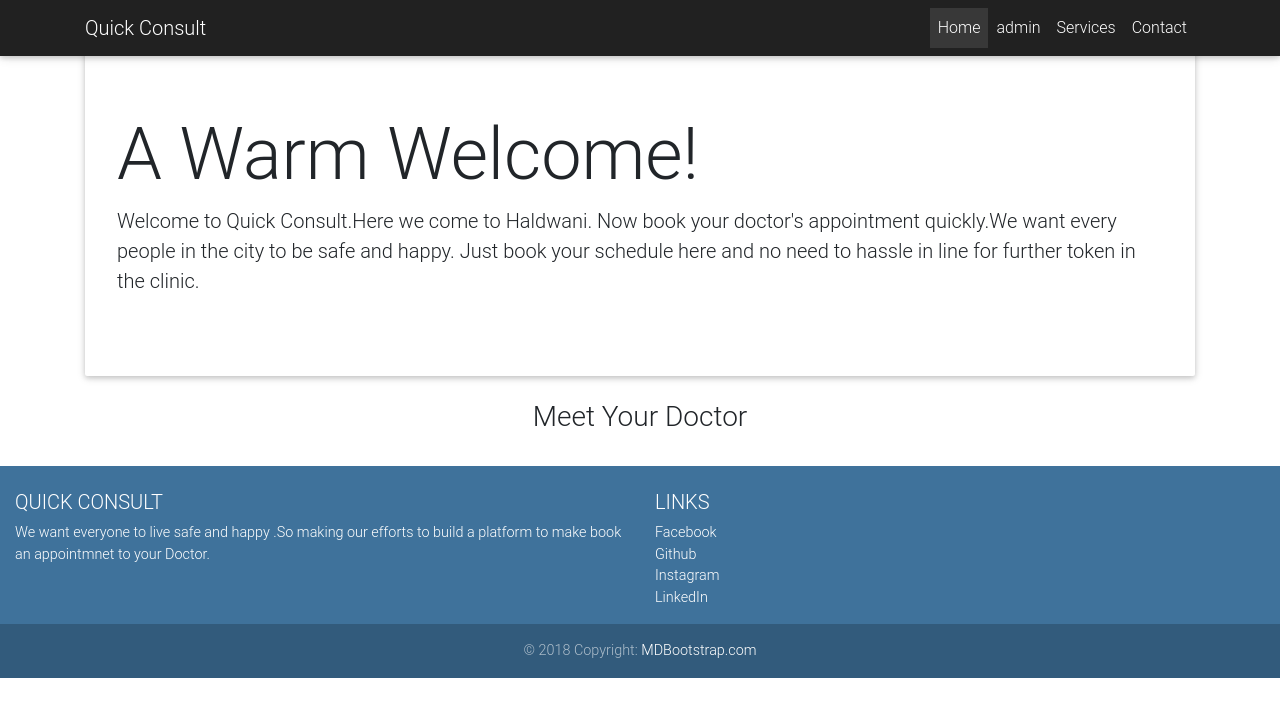
Repository: yogz-joshi/quick_consult
Page: http://localhost/
The author's editor kept a record of every edit. The page is drawn from the files as they stood at one moment, then again after the next edit.
The browser window is 1280 px wide. The pictures show the whole page.
Some web libraries are served in a nearby version. The page is served by the project's Node server (work/v2/app.js). Other server files are loaded and not shown. Queries for data that is not in the repository find no rows.

Above is the page before.

### work/v2/views/home.ejs
<% include partials/header%>
<div class="container">
    <header class="jumbotron my-4">
        <h1 class="display-3">A Warm Welcome!</h1>
        <p class="lead">Welcome to Quick Consult.Here we come to Haldwani. Now book your doctor's appointment quickly.We want every
        people in the city to be safe and happy. Just book your schedule here and no need to hassle in line for further token in the clinic.</p>
      <!--<div style="margin:0 0 auto" <a href="#" class="btn btn-primary btn-lg">Know more</a></div>-->
    </header>

    <div class="container">
    <div class="row text-center">
        <div class="col-lg-12">
           <h3>Meet Your Doctor</h3>
       </div>

     <%clinic.forEach(function(clinics){%>

        <div class="col-md-4 col-sm-6 mb-4">
              <div class="card" >
                <img class="card-img-top" style="height:10rem" src="https://www.onlinelogomaker.com/blog/wp-content/uploads/2017/07/medical-logo.jpg" alt="">
                    <div class="card-body">
                      <h4 class="card-title"><%=clinics.name%></h4>
                      <p class="card-text"><%=clinics.speciality%></p>
                      <p class="card-text">Opening/Closing Time</p>
                      <p class="card-text"><%=clinics.otime%>AM-<%=clinics.ctime%>PM</p>
                    </div>
                        <div class="card-footer">
                          <a class="btn btn-primary" href="/clinic/<%=clinics._id%>/new">Book Appointment</a>
                        </div>
                </div>
        </div>
        <% })%>
    </div>

</div>
</div>
<% include partials/footer%>

### work/v2/views/partials/header.ejs
<!DOCTYPE>
<html>
    <head>
        <title>
            Quick Consult
        </title>
               <link href="https://maxcdn.bootstrapcdn.com/bootstrap/4.0.0/css/bootstrap.min.css" rel="stylesheet">
                <!-- Font Awesome -->
                <link rel="stylesheet" href="https://maxcdn.bootstrapcdn.com/font-awesome/4.7.0/css/font-awesome.min.css">
                  <!-- Bootstrap core CSS -->
                <link href="https://cdnjs.cloudflare.com/ajax/libs/twitter-bootstrap/4.0.0/css/bootstrap.min.css" rel="stylesheet">
                <!-- Material Design Bootstrap -->
                <link href="https://cdnjs.cloudflare.com/ajax/libs/mdbootstrap/4.5.0/css/mdb.min.css" rel="stylesheet">
                <meta name="viewport" content="width=device-width, initial-scale=1, maximum-scale=1, user-scalable=no">
                <meta http-equiv="x-ua-compatible" content="ie=edge">

    </head>
    <body>


     Navigation
    <nav class="navbar  navbar-expand-sm navbar-dark bg-dark fixed-top">
      <div class="container">
        <a class="navbar-brand" href="/">Quick Consult</a>
        <button class="navbar-toggler" type="button" data-toggle="collapse" data-target="#navbarResponsive" aria-controls="navbarResponsive" aria-expanded="false" aria-label="Toggle navigation">
          <span class="navbar-toggler-icon"></span>
        </button>
        <div class="collapse navbar-collapse" id="navbarResponsive">
          <ul class="navbar-nav ml-auto">
            <li class="nav-item active">
              <a [routerLink]="['/']" class="nav-link" href="/">Home
                <span class="sr-only">(current)</span>
              </a>
            </li>
            <li class="nav-item">
              <a [routerLink]="['/clinic']" class="nav-link" href="/clinic">admin</a>
            </li>
            <li class="nav-item">
              <a [routerLink]="['#']" class="nav-link" href="#">Services</a>
            </li>
            <li class="nav-item">
              <a [routerLink]="['#']"class="nav-link" href="#">Contact</a>
            </li>
          </ul>
        </div>
      </div>
    </nav>

### work/v2/views/partials/footer.ejs

<!--Footer-->
<footer class="page-footer font-small unique-color pt-4 mt-4">

    <!--Footer Links-->
    <div class="container-fluid text-center text-md-left">
        <div class="row">

            <!--First column-->
            <div class="col-md-6">
                <h5 class="text-uppercase">QUICK CONSULT</h5>
                <p>We want everyone to live safe and happy .So making our efforts to build a platform to make book an appointmnet to your Doctor.</p>
            </div>
            <!--/.First column-->

            <!--Second column-->
            <div class="col-md-6">
                <h5 class="text-uppercase">Links</h5>
                <ul class="list-unstyled">
                    <li>
                        <a href="https://www.facebook.com/yogeshjoshi">Facebook</a>
                    </li>
                    <li>
                        <a href="#!">Github</a>
                    </li>
                    <li>
                        <a href="#!">Instagram</a>
                    </li>
                    <li>
                        <a href="#!">LinkedIn</a>
                    </li>
                </ul>
            </div>
            <!--/.Second column-->
        </div>
    </div>
    <!--/.Footer Links-->

    <!--Copyright-->
    <div class="footer-copyright py-3 text-center">
        © 2018 Copyright:
        <a href="https://mdbootstrap.com/material-design-for-bootstrap/"> MDBootstrap.com </a>
    </div>
    <!--/.Copyright-->

</footer>
<!--/.Footer-->

### work/v2/app.js
var express=require("express");
var app= express();
var mongoose=require("mongoose");
var methodOverride=require("method-override");
var bodyParser=require("body-parser");
var passport=require("passport");
var users=require("./models/usersM");
var clinic=require("./models/clinicM");
var admin=require("./models/adminM");
var localStrategy=require("passport-local");
var passpoprtLocalMongoose=require("passport-local-mongoose");
mongoose.connect("mongodb://localhost/all_clinics");

//var seedDB=require("./seed");
//seedDB();
app.use(require("express-session")({
    secret:"kitty is the best dog",
    resave:false,
    saveUninitialized:false
}));


app.use(bodyParser.urlencoded({extended:true}));
app.use(methodOverride("_method"));
app.use(passport.initialize());
app.use(passport.session());

passport.use(new localStrategy(admin.authenticate()));
passport.serializeUser(admin.serializeUser());
passport.deserializeUser(admin.deserializeUser());



app.set("view engine","ejs");
app.use(express.static("public"));//to use custom style sheets from public folder.
app.use(bodyParser.urlencoded({entended:true}));

// *************************************************************************************************************8
//adding clinics using form(Only Render for admin login)
app.get("/clinic",isLoggedIn,function(req,res){
    clinic.find({},function(err,allClinic){
        if(err){
            console.log(err);
        }
        else
        {
            res.render("clinic",{clinic:allClinic});
        }

    });
});

app.post("/clinic",function(req,res){
    var name= req.body.cname;
    var sp=req.body.special;
    var open=req.body.openAt;
    var close=req.body.closeAt;
     var lhrs=req.body.lunchHrs;
      var lstarts=req.body.lunchAt;
       var lovers=req.body.lunchOverAt;
       var closed=0;
    var newClinic={name:name,speciality:sp,otime:open,ctime:close,lunch_hrs:lhrs,lunch_at:lstarts,lunch_over:lovers,date_close:closed};
    clinic.create(newClinic,function(err,clinics)
    {
        if(err){
            console.log(err);

        }else
        {   req.flash("info", "Flash is back!");
            res.redirect("/clinic/new");
        }
    });
});
app.get("/clinic/new",isLoggedIn,function(req, res) {
    res.render("form1");

});
// **********************************************************************************************
// Home Page viewed to the User

app.get("/",function(req,res){
    clinic.find({},function(err,allClinic){
        if(err){
            console.log(err);
        }
        else
        {
            res.render("home",{clinic:allClinic});
        }

    });
});
// ******************************************************************************************
// deleting clinic
app.delete("/clinic/:id",function(req,res){
    clinic.findByIdAndRemove(req.params.id,function(err){
        if(err)
        {
            console.log(err);

        }else
        {
            res.redirect("/clinic");
        }
    });
});



//  ******************************************************************************************************
//  making appointmnet


 app.post("/clinic/:id",function(req,res){
     clinic.findById(req.params.id,function(err,allclinics){
         if(err){
             res.redirect("clinic");
         }else{
             console.log(req.body.users.date);
             console.log(allclinics.date_close);
             var a=Date.parse(req.body.users.date);
             var b=Date.parse(allclinics.date_close);
             if(a === b){
                //  req.flash("err","The Clinic is Closed today.Plaese book tommorow!!");
                  res.redirect("/clinic/"+req.params.id+"/new");

             }else{

                    users.create(req.body.users,function(err,allusers){
                    if(err){
                     console.log("err");
                    }else{
                     allclinics.users.push(allusers);
                     allclinics.save();
                    //req.flash("success","Appointment Sucessful.SMS is sent toyour mobile number");
                     res.redirect("/");
                 }

             });

             }
         }
     });
 });

 app.get("/clinic/:id/new",function(req,res){
    clinic.findById(req.params.id,function (err,allClinic) {
        if(err){
            console.log(err);
        }else{
            res.render("form2",{clinics:allClinic});
        }

    });


});
// ************************************ ************************************* *************************************
app.post("/clinic/:id/record",function(req,res){
    clinic.findById(req.params.id).populate({path:'users',match :{$and: [{date : req.body.search},{time : req.body.timesearch}]}, options:{ sort:{time :1}} }).exec(function(err,allclinic){
        if(err){
            console.log(err);
        }else{
           // console.log(allclinic);
            res.render("user_record",{clinic:allclinic});
        }
    });
});
// ****************************************************************************************************************
//View user record and update clinic close date..(Only for Admin Account)


app.get("/clinic/:id/record",function(req,res){
    clinic.findById(req.params.id).populate({path:'users',options:{ sort:{date : 1}}}).exec(function(err,allclinic){
        if(err){
            console.log(err);
        }else{
           // console.log(allclinic);
            res.render("user_record",{clinic:allclinic});
        }
    });
});
app.get("/clinic/:id/update",isLoggedIn,function(req,res){
     clinic.findById(req.params.id,function (err,allClinic) {
        if(err){
            console.log(err);
        }else{
            res.render("UpdateDate",{clinics:allClinic});
        }

    });
});
// to update the closed clinic date
app.put("/clinic/:id/update",function(req,res){


    clinic.findByIdAndUpdate(req.params.id,req.body.clinic,function(err,allclinic){
        if(err){
            console.log(err);
        }else{
            res.redirect("/clinic");
        }
    });
});
// ********************************************************************************************
// REGISTER ADMIN ROUTE
// app.get("/register",function(req,res){
//     res.render("signin");
// });

// app.post("/register",function(req,res){
//     admin.register(new admin({username:req.body.username}),req.body.password,function(err,admin){
//         if(err){
//             console.log(err);
//             return res.render('signin');
//         }
//         else{
//             passport.authenticate("local")(req,res,function(){
//                 res.redirect("/clinic");
//             });
//         }
//     });
// });
// ************************************************************************************************
// LOGIN ROUTES
app.get("/login",function(req,res){
    res.render("login");
});
//middleware
app.post("/login",passport.authenticate("local",{
    successRedirect:"/clinic",
    failureRedirect:"/login"
}),function(req,res){

});
// LOGOUT ROUTE
app.get("/logout",function(req,res){
    req.logout();
    res.redirect("/login");
});
// Middleware for checking the active session/authentication
function isLoggedIn(req,res,next){
    if(req.isAuthenticated()){
        return next();
    }
    res.redirect("/login");
}
// **************************************************************************************************

// Running the Server
app.listen(process.env.PORT,process.env.IP,function(){
    console.log("Server Started");
});

After the next edit:
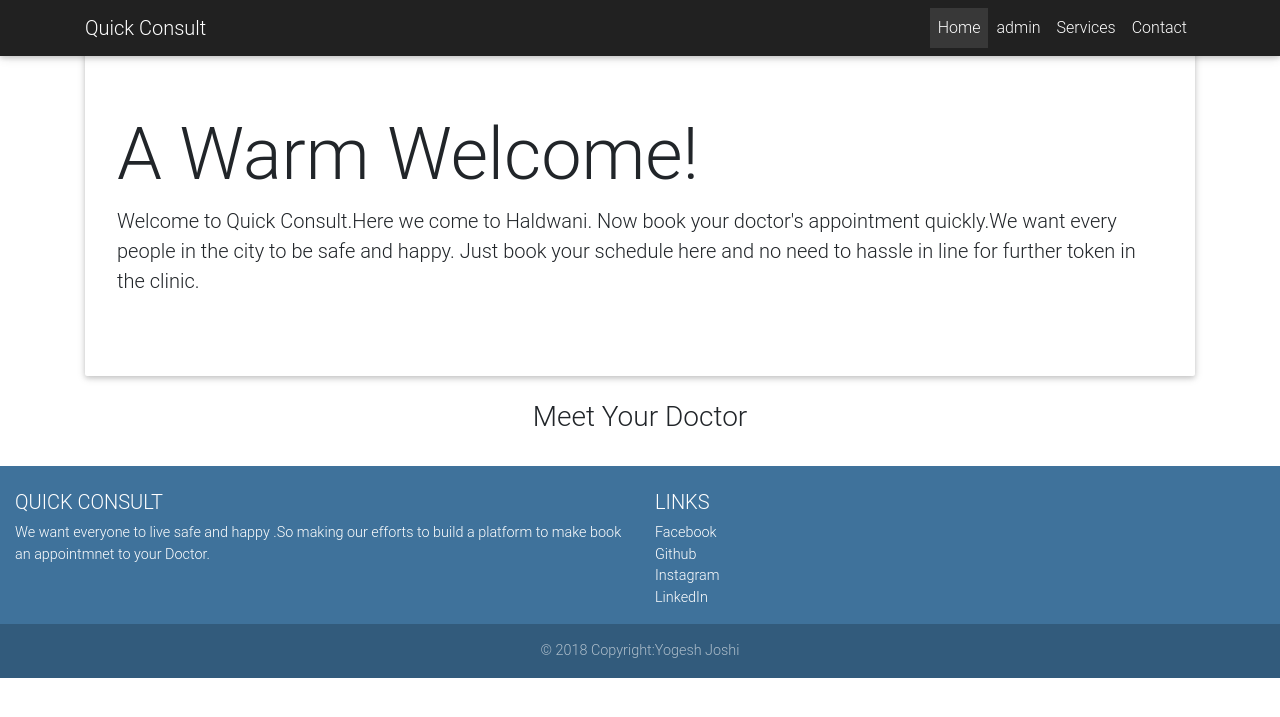
The edit:
--- a/work/v2/views/partials/footer.ejs
+++ b/work/v2/views/partials/footer.ejs
@@ -38,8 +38,8 @@
 
     <!--Copyright-->
     <div class="footer-copyright py-3 text-center">
-        © 2018 Copyright:
-        <a href="https://mdbootstrap.com/material-design-for-bootstrap/"> MDBootstrap.com </a>
+        © 2018 Copyright:Yogesh Joshi
+
     </div>
     <!--/.Copyright-->
 
